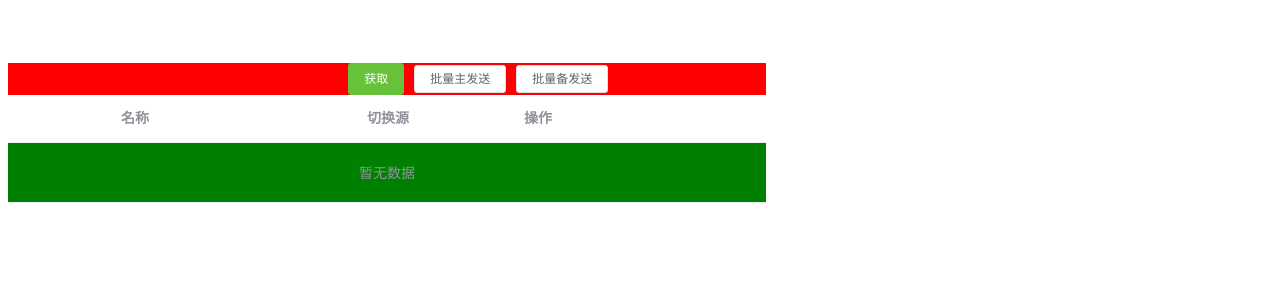
Repository: faintout/BHMQTTSendTool
Page: /
An editor plug-in stored every save of this project. The page is shown before and after the next save, followed by the edit.
The browser window is 1280 px wide. The pictures show the whole page.
The project was rebuilt for these pictures with package versions that can differ from the ones it lists, and the page was loaded fresh each time. Also part of the build but not shown: vue.config.js.

Above is the page before, as saved 2020-09-03 13:56:58.

### public/index.html
<!DOCTYPE html>
<html lang="en">
  <head>
    <meta charset="utf-8">
    <meta http-equiv="X-UA-Compatible" content="IE=edge">
    <meta name="viewport" content="width=device-width,initial-scale=1.0">
    <link rel="stylesheet" href="">
    <title></title>
  </head>
  <body>
    <div id="app">

    </div>
    <!-- built files will be auto injected -->
  </body>
</html>

### src/main.js
import Vue from 'vue'
import App from './App.vue'
import router from './router'
import $ from 'jquery'
import ElementUi from 'element-ui'
import 'element-ui/lib/theme-chalk/index.css'
import 'element-ui/lib/theme-chalk/reset.css'

Vue.config.productionTip = false
Vue.use(ElementUi)
new Vue({
  router,
  render: h => h(App)
}).$mount('#app')

### src/router/index.js
import Vue from 'vue'
import VueRouter from 'vue-router'
import MqttSendTool from '../views/MqttSendTool.vue'

Vue.use(VueRouter)

  const routes = [
  {
    path: '/',
    name: 'MqttSendTool',
    component: MqttSendTool
  },
]

const router = new VueRouter({
  routes
})

export default router

### src/views/MqttSendTool.vue
<template>
    <div class="content">
        <title></title>
        <!-- 按钮模块 -->
        <div style="position: relative;left: calc(50% - 13%);width: 50%;" class="content_title">
            <!-- <el-input style="display:inline-block;width:20%;right: 5%;" size="small" v-model="localIP"></el-input> -->
            <el-button type="success" size="small" @click="getAllMqttData">获取</el-button>
            <el-button size="mini" @click="batch(0)">批量主发送</el-button>
            <el-button size="mini" @click="batch(1)">批量备发送</el-button>
            <!-- <el-button type="success" size="small" @click="sendData()">发送</el-button> -->
        </div>
        <el-table v-loading="tableLoading" :data="tableData" class="el_table">
            >
            <el-table-column prop="name" label="名称" align='center'>
            </el-table-column>
            <el-table-column label="切换源" align='center'>
                <template slot-scope="scope">
                    <el-radio-group v-model="scope.row.switchStatus">
                        <el-radio :label="0" @click="scope.row.switchStatus = 0">主</el-radio>
                        <el-radio :label="1" @click="scope.row.switchStatus = 1">备</el-radio>
                    </el-radio-group>
                </template>
            </el-table-column>
            <el-table-column label="操作">
                <template slot-scope="scope">
                    <el-button type="success" size="small" @click="changeData(scope.row)">编辑</el-button>
                    <el-button type="success" size="small" @click="sendData(scope.row)">发送</el-button>
                </template>
            </el-table-column>
        </el-table>
        <!-- 弹框 -->
        <el-dialog title="编辑" :visible.sync="dialogVisible" width="30%"  :close-on-click-modal = false>
            <el-input type="textarea" :rows="25" class="el_input" v-model="editTable"></el-input>
            <span slot="footer" class="dialog-footer">
                <el-button @click="dialogVisible = false">取 消</el-button>
                <el-button type="primary" @click="saveEdit">确 定</el-button>
            </span>
        </el-dialog>

    </div>
</template>

<script>
    //设置本地储存方法
    window.local = (key, value) => {
        return value ? localStorage.setItem(key, value) : localStorage.getItem(key)
    }
    export default {
        components: {},
        data() {
            return {
                dialogVisible: false,
                //本地IP
                localIP: '',
                //表格框加载
                tableLoading: false,
                tableData: [],
                editTable: '',
                editId: '',
                editswitchStatus: ''

            }
        },
        watch: {
            localIP(n, o) {
                local('localIP', n)
            }
        },
        computed: {

        },
        methods: {
            saveEdit() {
                this.dialogVisible = false
                let indicatorValue = this.editTable
                //保存
                console.log("修改名称", this.editList);
                let deviceId = this.editId
                let switchStatus = this.editswitchStatus
                let parmas = { indicatorValue, deviceId, switchStatus }
                $.ajax({
                    type: 'POST',
                    url: 'http://' + this.localIP + '/testData/setIndicatorValue',
                    data: parmas,
                    success: (data) => {
                        data.success && this.$message.success("修改数据成功！")
                    },
                    error: () => {
                        this.$message.error("数据获取失败，请检查IP地址！")
                    }
                })
            },
            changeData(value) {
                console.log(value);
                this.dialogVisible = true
                if (!value.switchStatus) {
                    //等于一
                    this.editTable = this.getFormatData(JSON.stringify(value.masterData))
                } else {
                    this.editTable = this.getFormatData(JSON.stringify(value.slaveData))
                }
                this.editId = value.id
                this.editswitchStatus = value.switchStatus
            },
            changeItem(item) {
                console.log('item', item);
            },
            changItemRadio(item) {
                console.log('itemzhixng ');
            },
            //获取所有数据
            getAllMqttData() {
                $.ajax({
                    type: 'POST',
                    url: 'http://' + this.localIP + '/testData/getDeviceListData',
                    success: (data) => {
                        if (data.data == []) {
                            this.$message.errot("获取数据为空！请确认数据是否存在")
                            return
                        }
                        this.tableData = data.data
                        data.success && this.$message.success("数据获取成功！")
                    },
                    error: () => {
                        this.$message.error("数据获取失败，请检查IP地址！")
                    }
                })
            },
            //数据处理
            dataProcessing() {

            },
            //批量设置
            /**
             * @type 0 主 1 备
             * @Date 2020-08-26 14:13:24
             */
            batch(type) {
                this.tableData.forEach(item => {
                    item.switchStatus = type ? 1 : 0
                })
                this.sendData()
            },
            //发送数据
            sendData(value) {
                this.tableLoading = true
                let data = value ? value : this.tableData
                console.log(data);
                let params = {
                    deviceIds: ''
                }
                if (data.length > 1) {
                    data.map(item => {
                        params.deviceIds += item.id + ','
                    })
                    params.deviceIds = params.deviceIds.substr(0, params.deviceIds.length - 1)
                    params.switchStatus = data[0].switchStatus
                } else {
                    params.deviceIds = data.id
                    params.switchStatus = data.switchStatus
                }
                console.log(params);
                // return
                $.ajax({
                    type: "POST",
                    url: 'http://' + this.localIP + '/testData/applySwitch',
                    data: params,
                    success: (data) => {
                        data.success && this.$message.success("数据发送成功！")
                        this.tableLoading = false
                    },
                    error: () => {

                    }
                })
                this.getAllMqttData()
            },
            //读取本地localIP
            getLocalIP() {
                this.localIP = local('localIP') != null ? local('localIP') : '172.17.35.23:24699'
                local('localIP') == null && local('localIP', '172.17.35.23:24699')
            },

            //方法
            repeat(s, count) {
                return new Array(count + 1).join(s)
            },
            formatJson(json) {
                var i = 0,
                    il = 0,
                    tab = "    ",
                    newJson = "",
                    indentLevel = 0,
                    inString = false,
                    currentChar = null;
                for (i = 0, il = json.length; i < il; i += 1) {
                    currentChar = json.charAt(i);
                    switch (currentChar) {
                        case '{':
                        case '[':
                            if (!inString) {
                                newJson += currentChar + "\n" + this.repeat(tab, indentLevel + 1);
                                indentLevel += 1
                            } else {
                                newJson += currentChar
                            }
                            break;
                        case '}':
                        case ']':
                            if (!inString) {
                                indentLevel -= 1;
                                newJson += "\n" + this.repeat(tab, indentLevel) + currentChar
                            } else {
                                newJson += currentChar
                            }
                            break;
                        case ',':
                            if (!inString) {
                                newJson += ",\n" + this.repeat(tab, indentLevel)
                            } else {
                                newJson += currentChar
                            }
                            break;
                        case ':':
                            if (!inString) {
                                newJson += ": "
                            } else {
                                newJson += currentChar
                            }
                            break;
                        case ' ':
                        case "\n":
                        case "\t":
                            if (inString) {
                                newJson += currentChar
                            }
                            break;
                        case '"':
                            if (i > 0 && json.charAt(i - 1) !== '\\') {
                                inString = !inString
                            }
                            newJson += currentChar;
                            break;
                        default:
                            newJson += currentChar;
                            break
                    }
                }
                return newJson
            },
            getFormatData(json) {
                var json = json + "";
                if (json.indexOf('{') == -1 && json.indexOf('[') == -1) {
                    return json;
                } else {
                    return (this.formatJson(json));
                }
            }

        },
        mounted() {
            console.log(local('localIP'), window);
            //读取本地IP
            this.getLocalIP()
            this.getAllMqttData()

        },
        created() {

        },
    }
</script>
<style lang="less" scoped>
    .content {
        margin: 5% 0 0 0;
        width: 60%;
        background-color: red;
    }

    .el_table {
        width: 100%;
        position: relative;
        background-color: green;

    }

    // @media screen and(max-width: 1366px) {
    //     .el_table {
    //         width: 60%;
    //         left: calc(50% - 25%);
    //     }
    // }

    input {
        height: 20rem;
    }
</style>

Loaded but not shown: src/App.vue (common file)

After the next save:
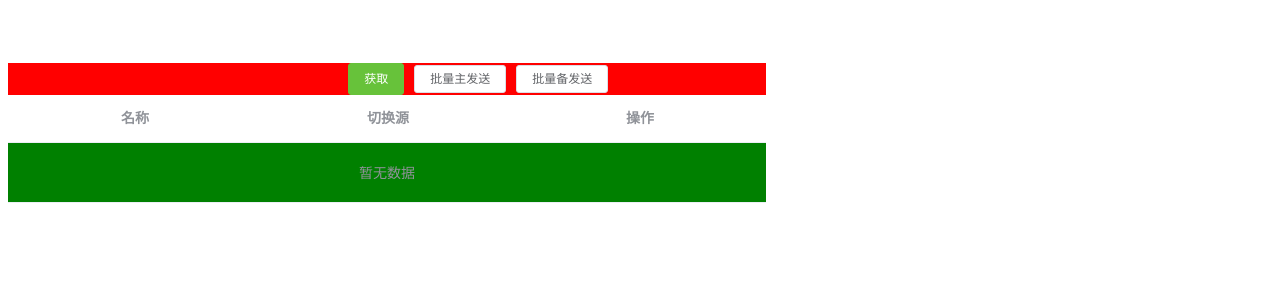
Saved 7 s later.
--- a/src/views/MqttSendTool.vue
+++ b/src/views/MqttSendTool.vue
@@ -21,7 +21,7 @@
                     </el-radio-group>
                 </template>
             </el-table-column>
-            <el-table-column label="操作">
+            <el-table-column label="操作" align='center'>
                 <template slot-scope="scope">
                     <el-button type="success" size="small" @click="changeData(scope.row)">编辑</el-button>
                     <el-button type="success" size="small" @click="sendData(scope.row)">发送</el-button>
